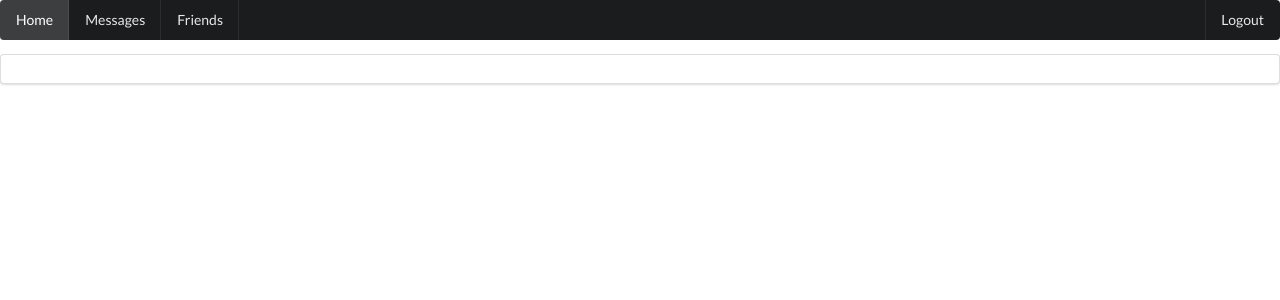
Repository: NarekTovmasyan/fashion-shop
Page: /
An editor plug-in stored every save of this project. The page is shown before and after the next save, followed by the edit.
The browser window is 1280 px wide. The pictures show the whole page.
The project was rebuilt for these pictures with package versions that can differ from the ones it lists, and the page was loaded fresh each time. Also part of the build but not shown: src/App.css.

Above is the page before, as saved 2022-03-14 14:27:10.

### public/index.html
<!DOCTYPE html>
<html lang="en">
  <head>
    <meta charset="utf-8" />
    <link rel="icon" href="%PUBLIC_URL%/favicon.ico" />
    <meta name="viewport" content="width=device-width, initial-scale=1" />
    <meta name="theme-color" content="#000000" />
    <meta
      name="description"
      content="Web site created using create-react-app"
    />
    <link rel="apple-touch-icon" href="%PUBLIC_URL%/logo192.png" />
    <link
      async
      rel="stylesheet"
      href="https://cdn.jsdelivr.net/npm/semantic-ui@2/dist/semantic.min.css"
    />
    <!--
      manifest.json provides metadata used when your web app is installed on a
      user's mobile device or desktop. See https://developers.google.com/web/fundamentals/web-app-manifest/
    -->
    <link rel="manifest" href="%PUBLIC_URL%/manifest.json" />
    <!--
      Notice the use of %PUBLIC_URL% in the tags above.
      It will be replaced with the URL of the `public` folder during the build.
      Only files inside the `public` folder can be referenced from the HTML.

      Unlike "/favicon.ico" or "favicon.ico", "%PUBLIC_URL%/favicon.ico" will
      work correctly both with client-side routing and a non-root public URL.
      Learn how to configure a non-root public URL by running `npm run build`.
    -->
    <title>React App</title>
  </head>
  <body>
    <noscript>You need to enable JavaScript to run this app.</noscript>
    <div id="root"></div>
    <!--
      This HTML file is a template.
      If you open it directly in the browser, you will see an empty page.

      You can add webfonts, meta tags, or analytics to this file.
      The build step will place the bundled scripts into the <body> tag.

      To begin the development, run `npm start` or `yarn start`.
      To create a production bundle, use `npm run build` or `yarn build`.
    -->
  </body>
</html>

### src/App.js
// import logo from "./logo.svg";
import Header from "./components/header/Header";
import "./App.css";

function App() {
  return (
    <div className="App">
      <Header />
    </div>
  );
}

export default App;

### src/components/header/Header.jsx
import { Menu, Segment } from "semantic-ui-react";

function Header() {
  return (
    <div>
    <Menu inverted>
      <Menu.Item name="home" active={true} />
      <Menu.Item name="messages" active={false} />
      <Menu.Item name="friends" active={false} />
      <Menu.Menu position="right">
        <Menu.Item name="logout" active={false} />
      </Menu.Menu>
    </Menu>

    <Segment>
      {/* <img src="/images/wireframe/media-paragraph.png" /> */}
    </Segment>
  </div>
  )
}
export default Header;

Loaded but not shown: src/index.js (common file); src/index.css (common file); src/reportWebVitals.js (common file); src/App.css (no copy from this time; the picture is the same without it)

After the next save:
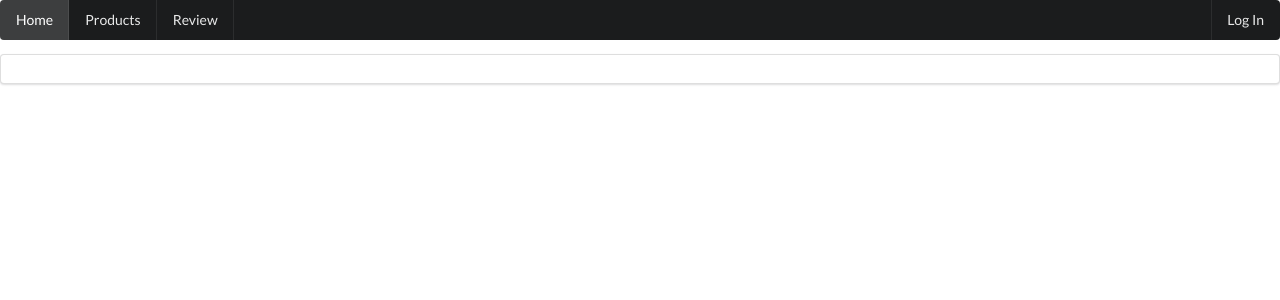
Saved 117 s later.
--- a/src/components/header/Header.jsx
+++ b/src/components/header/Header.jsx
@@ -5,10 +5,10 @@ function Header() {
     <div>
     <Menu inverted>
       <Menu.Item name="home" active={true} />
-      <Menu.Item name="messages" active={false} />
-      <Menu.Item name="friends" active={false} />
+      <Menu.Item name="products" active={false} />
+      <Menu.Item name="review" active={false} />
       <Menu.Menu position="right">
-        <Menu.Item name="logout" active={false} />
+        <Menu.Item name="log in" active={false} />
       </Menu.Menu>
     </Menu>
 
